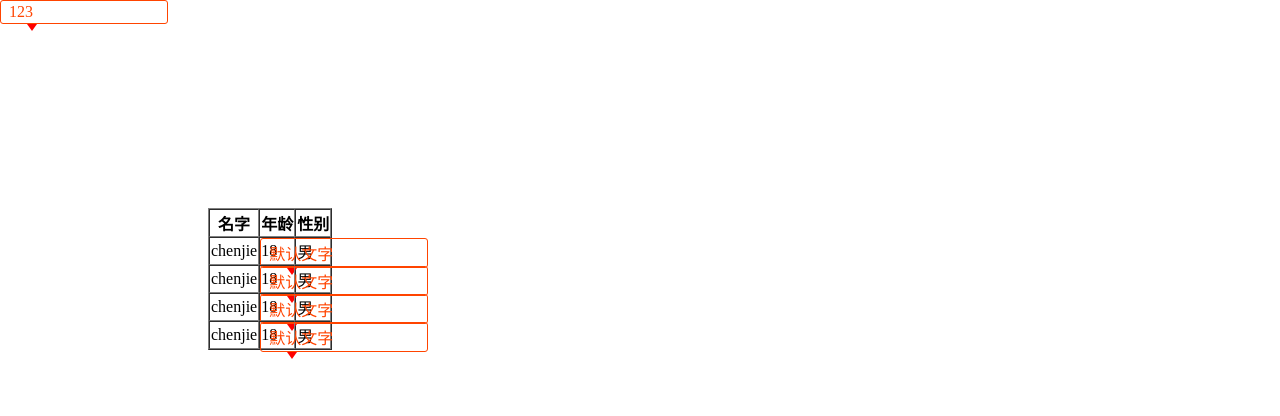
Repository: chenjieya/java
Page: index.html
These files come from the project's save history. The page is drawn as it stood at one moment and after the next save; the edit follows.
The browser window is 1280 px wide. The pictures show the whole page.

Above is the page before, as saved 2023-05-17 09:06:52.

### index.html
<!DOCTYPE html>
<html lang="en">
<head>
  <meta charset="UTF-8">
  <meta http-equiv="X-UA-Compatible" content="IE=edge">
  <meta name="viewport" content="width=device-width, initial-scale=1.0">
  <title>Document</title>
  <style>
    .tooltip {
      padding: 2px 8px;
      position: absolute;
      top: 0;
      left: 0;
      color: #f40;
      border: 1px solid #f40;
      min-width: 150px;
      border-radius: 3px;
    }

    .tooltip::after {
      content: '';
      position: absolute;
      bottom: -8px;
      left: 26px;
      width: 0;
      height: 0;
      border-left: 5px solid transparent;
      border-right: 5px solid transparent;
      border-top: 7px solid red;
    }
  </style>
</head>
<body style="padding: 200px;">
  <table border="1" cellspacing="0">
    <tr>
      <th>名字</th>
      <th>年龄</th>
      <th>性别</th>
    </tr>
    <tr>
      <td>chenjie</td>
      <td field="SEX">18</td>
      <td>男</td>
    </tr>
    <tr>
      <td>chenjie</td>
      <td field="SEX">18</td>
      <td>男</td>
    </tr>
    <tr>
      <td>chenjie</td>
      <td field="SEX">18</td>
      <td>男</td>
    </tr>
    <tr>
      <td>chenjie</td>
      <td field="SEX">18</td>
      <td>男</td>
    </tr>
  </table>

  <div class="tooltip">123</div>

  <script>
    const Otd = document.querySelectorAll('td[field="SEX"]');
    console.log(Otd);

    for(let i = 0; i < Otd.length; i++) {
      Otd[i].style.position = 'relative';
      toolTip(Otd[i]);
    }


    function toolTip(dom, text='默认文字') {
      const oDiv = document.createElement('div');
      oDiv.classList.add('tooltip');
      oDiv.innerText = `${text}`;
      dom.appendChild(oDiv);
    }
  </script>
</body>
</html>

After the next save:
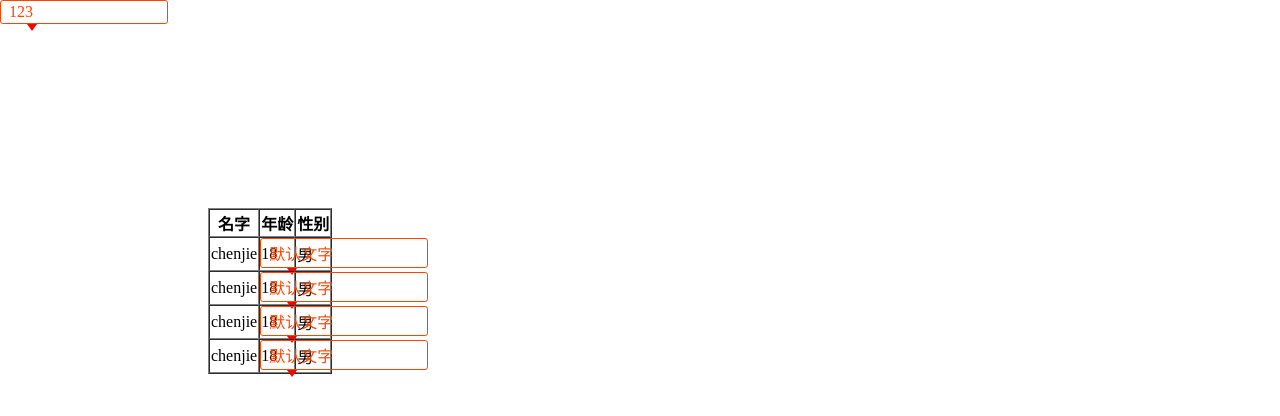
Saved 26 s later.
--- a/index.html
+++ b/index.html
@@ -6,6 +6,9 @@
   <meta name="viewport" content="width=device-width, initial-scale=1.0">
   <title>Document</title>
   <style>
+    tr td {
+      height: 30px;
+    }
     .tooltip {
       padding: 2px 8px;
       position: absolute;
